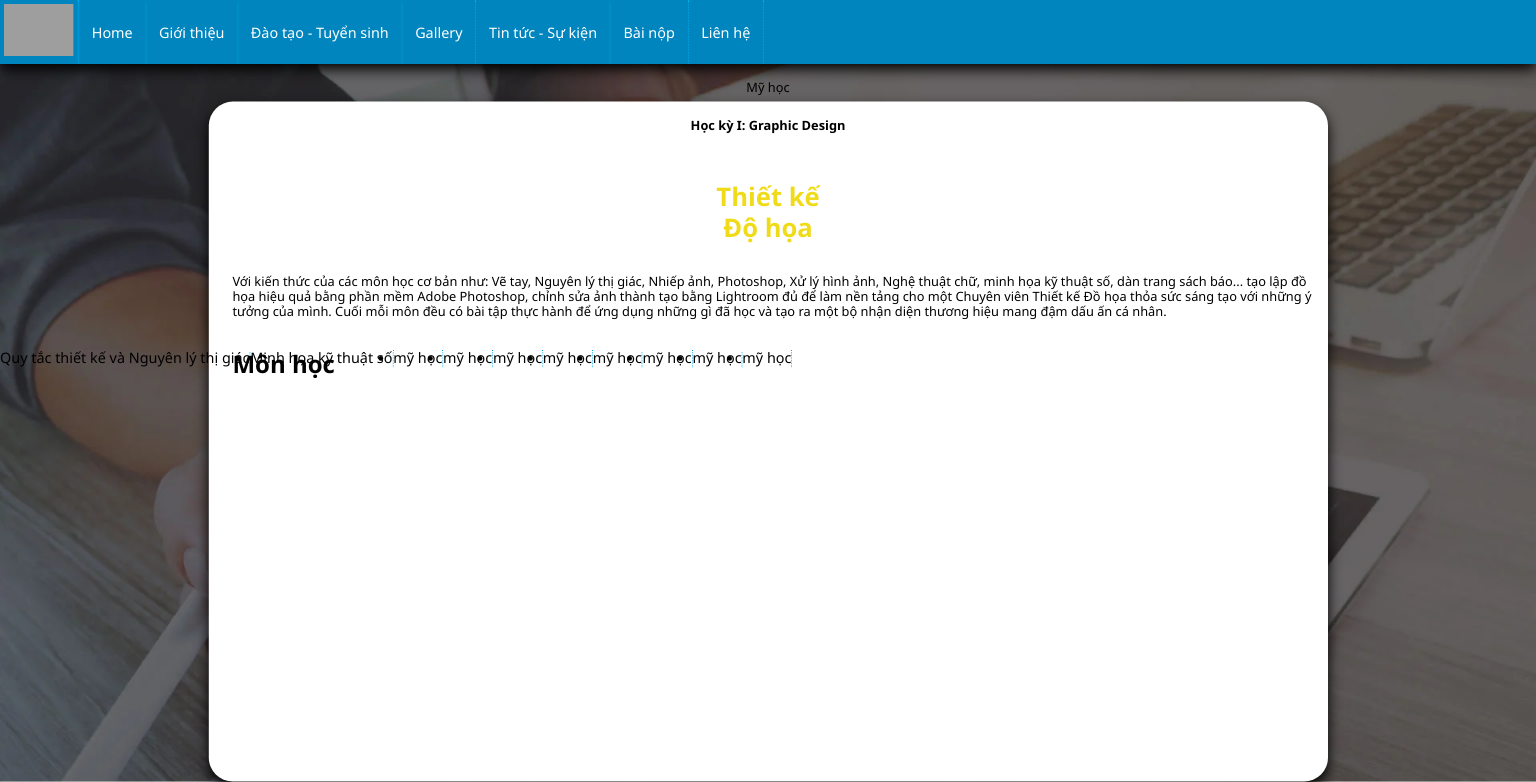
Repository: arena-dttan/dcw-final-exam-d2107m1
Page: final-list/DCW_Final_5_Nguyen-Thi-Thu-Huong_D2107M1/chuong-trinh-dao-tao.html
These files come from the project's save history. The page is drawn as it stood at one moment and after the next save; the edit follows.
The browser window is 1280 px wide. The page is 1920 px wide, so the pictures cover 1920 px, including what lies to the right of the window. The pictures show the whole page, at 80% of full size.
Pictures or frames that could not be fetched are drawn as grey boxes.

Above is the page before, as saved 2022-06-26 19:51:47.

After the next save:
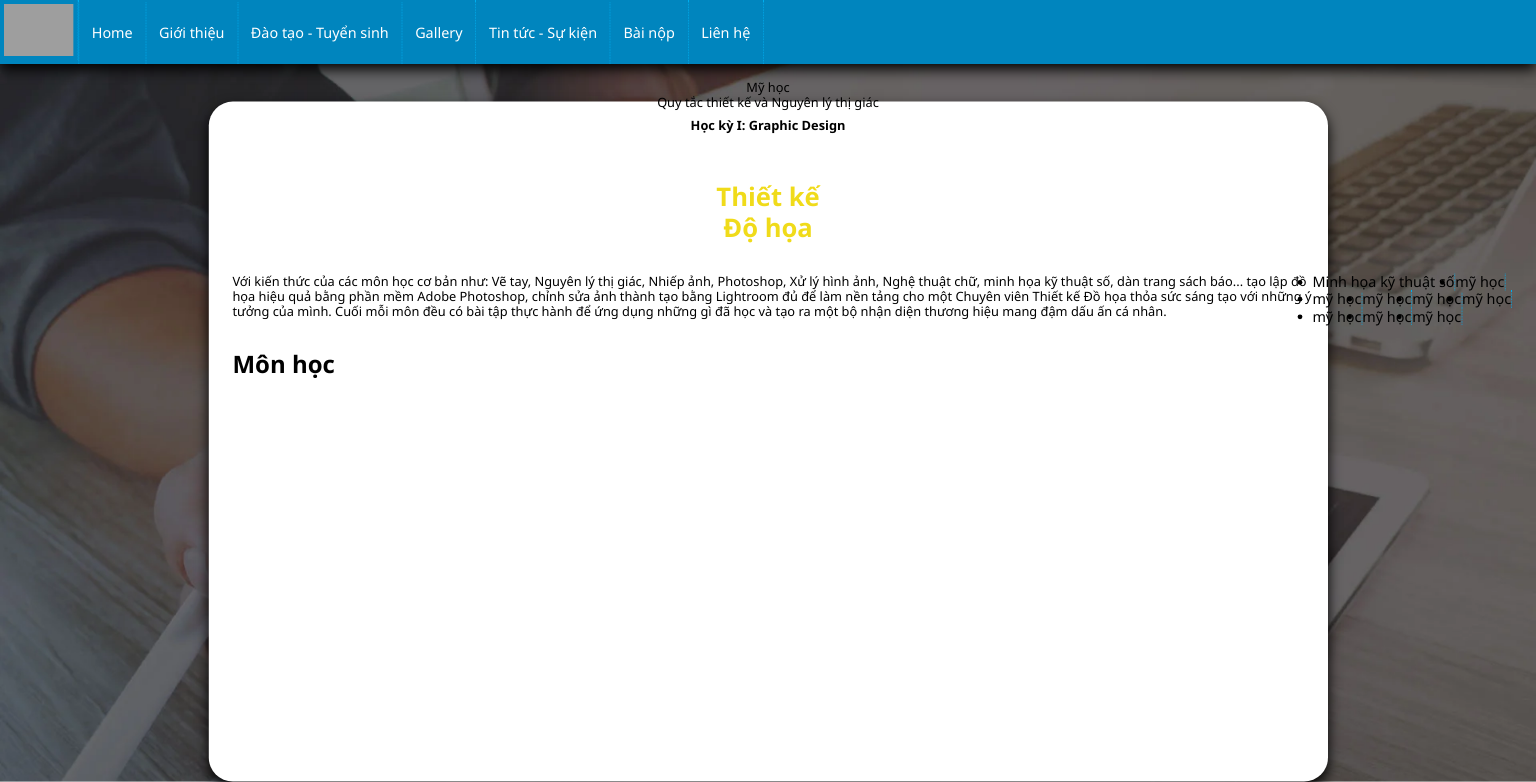
Saved 9 s later.
--- a/final-list/DCW_Final_5_Nguyen-Thi-Thu-Huong_D2107M1/chuong-trinh-dao-tao.html
+++ b/final-list/DCW_Final_5_Nguyen-Thi-Thu-Huong_D2107M1/chuong-trinh-dao-tao.html
@@ -90,7 +90,7 @@
 <body>
     <ul class="a b">
         <div>Mỹ học</div>
-        <li>Quy tắc thiết kế và Nguyên lý thị giác</li>
+        <div>Quy tắc thiết kế và Nguyên lý thị giác</div>
         <li>Minh họa kỹ thuật số</li>
         <li>mỹ học</li>
         <li>mỹ học</li>
